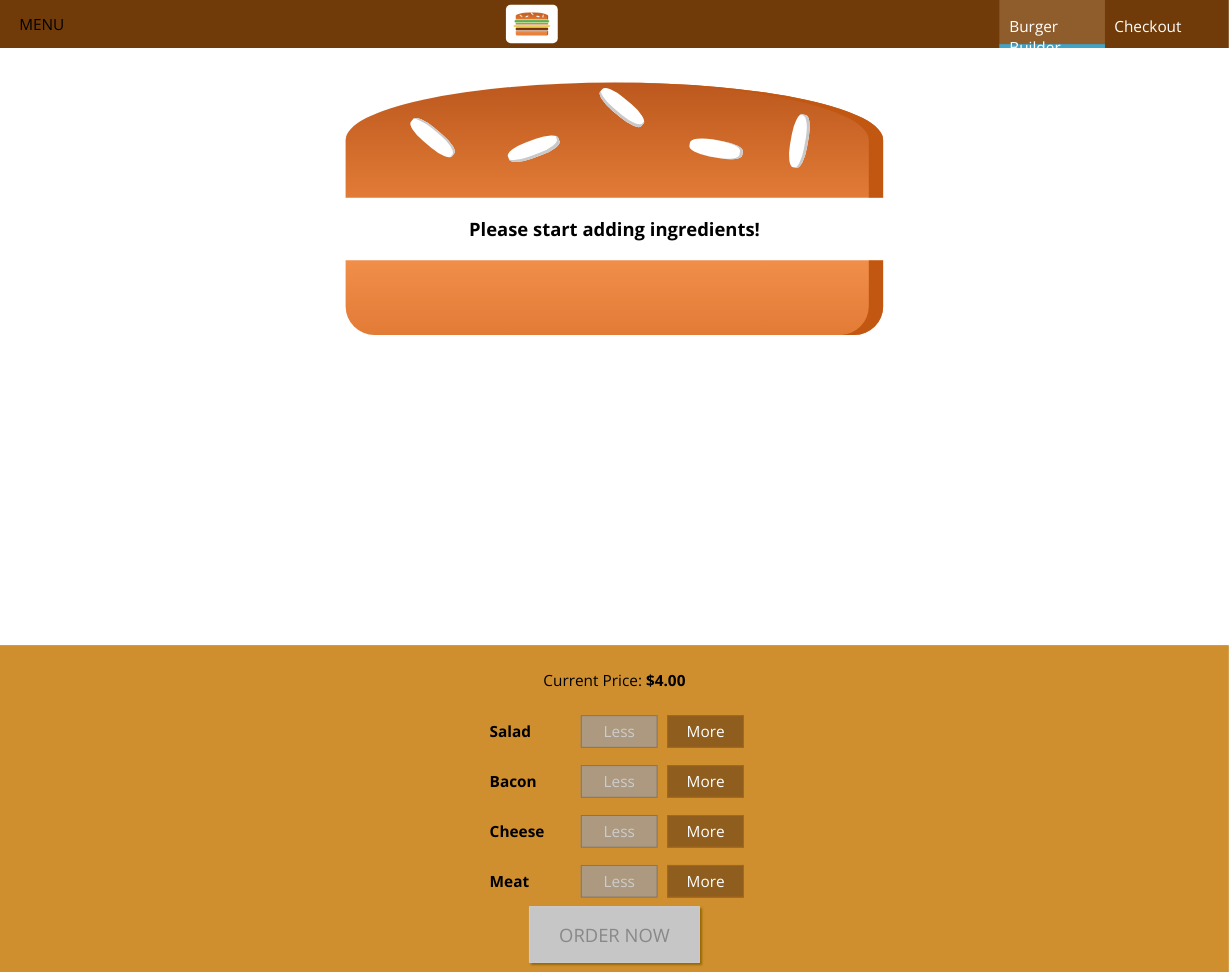
Repository: AbdulMutaal/Burger-Builder
Page: /
The author's editor kept a copy of each file at every save. The page is drawn from the files as they stood at one save, then again after the next save.
The browser window is 1280 px wide. The pictures show the whole page, at 96% of full size.
The project was rebuilt for these pictures with package versions that can differ from the ones it lists, and the page was loaded fresh each time. Also part of the build but not shown: src/components/UI/Backdrop/Backdrop.module.css, src/components/UI/Backdrop/Backdrop.js.

Above is the page before, as saved 2021-12-08 16:12:35.

### src/index.css
body {
  margin: 0;
  font-family: "Open Sans", sans-serif;
}

### src/App.js
import Layout from './components/Layout/Layout';
import BurgerBuilder from './containers/BurgerBuilder/BurgerBuilder';

function App() {
  return (
    <div>
      <Layout>
        <BurgerBuilder />
      </Layout>
    </div>
  );
}

export default App;

### src/components/Layout/Layout.js
import React from 'react';

import Auxiliary from '../../hoc/Auxiliary';
import classes from './Layout.module.css';
import Toolbar from '../Navigation/Toolbar/Toolbar';
import SideDrawer from '../Navigation/SideDrawer/SideDrawer';

const layout = ( props ) => (
    <Auxiliary>
        <Toolbar />
        <SideDrawer />
        <main className={classes.Content}>
            {props.children}
        </main>
    </Auxiliary>
);

export default layout;

### src/containers/BurgerBuilder/BurgerBuilder.js
import React, { Component } from 'react';

import Auxiliary from '../../hoc/Auxiliary';
import Burger from '../../components/Burger/Burger';
import BuildControls from '../../components/Burger/BuildControls/BuildControls';
import Modal from '../../components/UI/Modal/Modal';
import OrderSummary from '../../components/Burger/OrderSummary/OrderSummary';

const INGREDIENT_PRICES = {
    salad: 0.5,
    cheese: 0.4,
    meat: 1.3,
    bacon: 0.7
};

class BurgerBuilder extends Component {
    state = {
        ingredients: {
            salad: 0,
            bacon: 0,
            cheese: 0,
            meat: 0
        },
        totalPrice: 4,
        purchasable: false,
        purchasing: false
    }

    updatePurchaseState (ingredients) {
        const sum = Object.keys(ingredients)
            .map(igKey => {
                return ingredients[igKey];
            })
            .reduce((sum, el) => {
                return sum + el;
            }, 0);
        this.setState({purchasable: sum > 0});
    }

    addIngredientHandler = (type) => {
        const oldCount = this.state.ingredients[type];
        const updatedCount = oldCount + 1;
        const updateIngredients = {
            ...this.state.ingredients
        };
        updateIngredients[type] = updatedCount;

        const priceAddition = INGREDIENT_PRICES[type];
        const oldPrice = this.state.totalPrice;
        const newPrice = oldPrice + priceAddition;
        this.setState({totalPrice: newPrice, ingredients: updateIngredients});
        this.updatePurchaseState(updateIngredients);
    }

    removeIngredientHandler = (type) => {
        const oldCount = this.state.ingredients[type];

        if (oldCount <= 0) {
            return;
        }

        const updatedCount = oldCount - 1;
        const updateIngredients = {
            ...this.state.ingredients
        };
        updateIngredients[type] = updatedCount;

        const priceDeduction = INGREDIENT_PRICES[type];
        const oldPrice = this.state.totalPrice;
        const newPrice = oldPrice - priceDeduction;
        this.setState({totalPrice: newPrice, ingredients: updateIngredients});
        this.updatePurchaseState(updateIngredients);
    }

    purchaseHandler = () => {
        this.setState({purchasing: true});
    }

    purchaseCancelHandler = () => {
        this.setState({purchasing: false});
    }

    purchaseContinueHandler = () => {
        alert('You continue');
    }

    render () {
        const disabledInfo = {
            ...this.state.ingredients
        };

        for (let key in disabledInfo) {
            disabledInfo[key] = disabledInfo[key] <= 0
        }

        return (
            <Auxiliary>
                <Modal show={this.state.purchasing} modalClosed={this.purchaseCancelHandler}>
                    <OrderSummary
                        ingredients={this.state.ingredients}
                        price={this.state.totalPrice}
                        purchaseCancelled={this.purchaseCancelHandler}
                        purchaseContinue={this.purchaseContinueHandler} />
                </Modal>
                <Burger ingredients={this.state.ingredients} />
                <BuildControls
                    ingredientAdded={this.addIngredientHandler}
                    ingredientRemoved={this.removeIngredientHandler}
                    disabled={disabledInfo}
                    ordered={this.purchaseHandler}
                    purchasable={this.state.purchasable}
                    price={this.state.totalPrice} />
            </Auxiliary>
        );
    }
}

export default BurgerBuilder;

### src/components/Navigation/Toolbar/Toolbar.js
import React from 'react';

import classes from './Toolbar.module.css';
import Logo from '../../Logo/Logo';
import NavigationItems from '../NavigationItems/NavigationItems';

const toolbar = (props) => (
    <header className={classes.Toolbar}>
        <div>MENU</div>
        <div className={classes.Logo}>
            <Logo />
        </div>
        <nav>
            <NavigationItems />
        </nav>
    </header>
);

export default toolbar;

### src/components/Navigation/SideDrawer/SideDrawer.js
import React from 'react';

import Logo from '../../Logo/Logo';
import NavigationItems from '../NavigationItems/NavigationItems';
import classes from './SideDrawer.module.css';

const sideDrawer = (props) => {
    return (
        <div className={classes.SideDrawer}>
            <div className={classes.Logo}>
                <Logo />
            </div>
            <nav>
                <NavigationItems />
            </nav>
        </div>
    );
}

export default sideDrawer;

### src/components/Burger/Burger.js
import React from 'react';

import classes from './Burger.module.css';
import BurgerIngredient from './BurgerIngredient/BurgerIngredient';

const burger = (props) => {
    let transformedIngredients = Object.keys(props.ingredients)
        .map(igKey => {
            return [...Array(props.ingredients[igKey])].map((_, i) => {
                return <BurgerIngredient key={igKey + i} type={igKey} />;
            });
        })
        .reduce((arr, el) => {
            return arr.concat(el)
        }, []);
    console.log(transformedIngredients);

    if (transformedIngredients.length === 0) {
        transformedIngredients = <p>Please start adding ingredients!</p>;
    }

    return (
        <div className={classes.Burger}>
            <BurgerIngredient type="bread-top" />
                { transformedIngredients }
            <BurgerIngredient type="bread-bottom" />
        </div>
    );
};

export default burger;

### src/components/Burger/BuildControls/BuildControls.js
import React from 'react';

import classes from './BuildControls.module.css';
import BuildControl from './BuildControl/BuildControl';

const controls = [
    { label: 'Salad', type: 'salad'},
    { label: 'Bacon', type: 'bacon'},
    { label: 'Cheese', type: 'cheese'},
    { label: 'Meat', type: 'meat'}
];

const buildControls = (props) => (
    <div className={classes.BuildControls}>
        <p>Current Price: <strong>${props.price.toFixed(2)}</strong></p>
        {controls.map(ctrl => (
            <BuildControl
                key={ctrl.label}
                label={ctrl.label}
                added={() => props.ingredientAdded(ctrl.type)}
                removed={() => props.ingredientRemoved(ctrl.type)}
                disabled={props.disabled[ctrl.type]} />
        ))}
        <button
            className={classes.OrderButton}
                disabled={!props.purchasable}
                onClick={props.ordered}>ORDER NOW</button>
    </div>
);

export default buildControls;

### src/components/UI/Modal/Modal.js
import React from 'react';

import classes from './Modal.module.css';
import Auxiliary from '../../../hoc/Auxiliary';
import Backdrop from '../Backdrop/Backdrop';

const modal = (props) => (
    <Auxiliary>
        <Backdrop show={props.show} clicked={props.modalClosed} />
        <div
            className={classes.Modal}
            style={{
                transform: props.show ? 'translateY(0)' : 'translateY(-100vh)',
                opacity: props.show ? '1' : '0'
            }}>
            {props.children}
        </div>
    </Auxiliary>
);

export default modal;

### src/components/Burger/OrderSummary/OrderSummary.js
import React from 'react';

import Auxiliary from '../../../hoc/Auxiliary';
import Button from '../../UI/Button/Button';

const orderSummary = (props) => {
    const ingredientSummary = Object.keys(props.ingredients).map((igKey) => {
        return (
            <li key={igKey}>
                <span style={{textTransform: 'capitalize'}}>{igKey}</span>: {props.ingredients[igKey]}
            </li>);

        });
    return (
        <Auxiliary>
            <h3>Your Order</h3>
            <p>A delicious burger with the following ingredients:</p>
            <ul>
                {ingredientSummary}
            </ul>
            <p><strong>Total Price: ${props.price.toFixed(2)}</strong></p>
            <p>Continue to checkout</p>
            <Button btnType="Danger" clicked={props.purchaseCancelled}>CANCEL</Button>
            <Button btnType="Success" clicked={props.purchaseContinue}>CONTINUE</Button>
        </Auxiliary>
    );
};

export default orderSummary;

### src/components/Navigation/Toolbar/Toolbar.module.css
.Toolbar {
    height: 50px;
    width: 100%;
    position: fixed;
    top: 0;
    left: 0;
    background-color: #703b09;
    display: flex;
    justify-content: space-between;
    align-items: center;
    padding: 0 20px;
    box-sizing: border-box;
    z-index: 90;
}

.Toolbar nav {
    height: 100%;
}

.Logo {
    height: 80%;
}

### src/components/Logo/Logo.js
import React from 'react';

import burgerLogo from '../../assets/images/burger-logo.png';
import classes from './Logo.module.css';

const logo = (props) => (
    <div className={classes.Logo} style={{height: props.height}}>
        <img src={burgerLogo} alt="MyBurger" />
    </div>
);

export default logo;

### src/components/Navigation/NavigationItems/NavigationItems.js
import React from 'react';

import classes from './NavigationItems.module.css';
import NavigationItem from './NavigationItem/NavigationItem';

const navigationItems = () => (
    <ul className={classes.NavigationItems}>
        <NavigationItem link="/" active>Burger Builder</NavigationItem>
        <NavigationItem link="/">Checkout</NavigationItem>
    </ul>
);

export default navigationItems;

### src/components/Navigation/SideDrawer/SideDrawer.module.css
.SideDrawer {
    position: fixed;
    width: 280px;
    max-width: 70%;
    height: 100%;
    left: 0;
    top: 0;
    z-index: 200;
    background-color: white;
    padding: 32px 16px;
    box-sizing: border-box;
    transition: transform 0.3s ease-out;
}

@media (min-width: 500px) {
    .SideDrawer {
        display: none;
    }
}

.Open {
    transform: translateX(0);
}

.Close {
    transform: translatex(-100%);
}

.Logo {
    height: 11%;
}

### src/components/Burger/BurgerIngredient/BurgerIngredient.js
import React from 'react';
import PropTypes from 'prop-types';

import classes from './BurgerIngredient.module.css';

const burgerIngredient = (props) => {
    let ingredient = null;

    switch (props.type) {
        case ('bread-bottom'):
            ingredient = <div className={classes.BreadBottom}></div>;
            break;
        case ('bread-top'):
            ingredient = (
                <div className={classes.BreadTop}>
                    <div className={classes.Seeds1}></div>
                    <div className={classes.Seeds2}></div>
                </div>
            );
            break;
        case ('meat'):
            ingredient = <div className={classes.Meat}></div>;
            break;
        case ('cheese'):
            ingredient = <div className={classes.Cheese}></div>;
            break;
        case ('bacon'):
            ingredient = <div className={classes.Bacon}></div>;
            break;
        case ('salad'):
            ingredient = <div className={classes.Salad}></div>;
            break;
        default:
            ingredient = null;
    }

    return ingredient;
};

burgerIngredient.propTypes = {
    type: PropTypes.string.isRequired
};

export default burgerIngredient;

### src/components/Burger/BuildControls/BuildControls.module.css
.BuildControls {
    width: 100%;
    background-color: #cf8f2e;
    display: flex;
    flex-flow: column;
    align-items: center;
    box-shadow: 0 2px 1px #ccc;
    margin: auto;
    padding: 10px 0;
}


.OrderButton {
    background-color: #DAD735;
    outline: none;
    cursor: pointer;
    border: 1px solid #966909;
    color: #966909;
    font-family: inherit;
    font-size: 1.2em;
    padding: 15px 30px;
    box-shadow: 2px 2px 2px #966909;
}

.OrderButton:hover, .OrderButton:active {
    background-color: #A0DB41;
    border: 1px solid #966909;
    color: #966909;
}

.OrderButton:disabled {
    background-color: #C7C6C6;
    cursor: not-allowed;
    border: 1px solid #ccc;
    color: #888888;
}

.OrderButton:not(:disabled) {
    animation: enable 0.3s linear;
}

@keyframes enable {
    0% {
        transform: scale(1);
    }
    60% {
        transform: scale(1.1);
    }
    100% {
        transform: scale(1);
    }
}

### src/components/Burger/BuildControls/BuildControl/BuildControl.js
import React from 'react';

import classes from './BuildControl.module.css';

const buildControl = (props) =>  (
    <div className={classes.BuildControl}>
        <div className={classes.Label}>{props.label}</div>
        <button className={classes.Less} onClick={props.removed} disabled={props.disabled}>Less</button>
        <button className={classes.More} onClick={props.added}>More</button>
    </div>
)

export default buildControl;

### src/components/UI/Button/Button.js
import React from 'react';

import classes from './Button.module.css';

const button = (props) => (
    <button
        className={[classes.Button, classes[props.btnType]].join(' ')}
        onClick={props.clicked}>{props.children}</button>
);

export default button;

### src/components/Navigation/NavigationItems/NavigationItem/NavigationItem.js
import React from 'react';

import classes from './NavigationItem.module.css';

const navigationItem = (props) => (
    <li className={classes.NavigationItem}>
        <a
            href={props.link}
            className={props.active ? classes.active : null}>{props.children}</a>
    </li>
);

export default navigationItem;

### src/components/Burger/BurgerIngredient/BurgerIngredient.module.css
.BreadBottom {
    height: 13%;
    width: 80%;
    background: linear-gradient(#F08E4A, #e27b36);
    border-radius: 0 0 30px 30px;
    box-shadow: inset -15px 0 #c15711;
    margin: 2% auto;
}

.BreadTop {
    height: 20%;
    width: 80%;
    background: linear-gradient(#bc581e, #e27b36);
    border-radius: 50% 50% 0 0;
    box-shadow: inset -15px 0 #c15711;
    margin: 2% auto;
    position: relative;
}

.Seeds1 {
    width: 10%;
    height: 15%;
    position: absolute;
    background-color: white;
    left: 30%;
    top: 50%;
    border-radius: 40%;
    transform: rotate(-20deg);
    box-shadow: inset -2px -3px #c9c9c9;
}

.Seeds1:after {
    content: "";
    width: 100%;
    height: 100%;
    position: absolute;
    background-color: white;
    left: -170%;
    top: -260%;
    border-radius: 40%;
    transform: rotate(60deg);
    box-shadow: inset -1px 2px #c9c9c9;
  }

.Seeds1:before {
    content: "";
    width: 100%;
    height: 100%;
    position: absolute;
    background-color: white;
    left: 180%;
    top: -50%;
    border-radius: 40%;
    transform: rotate(60deg);
    box-shadow: inset -1px -3px #c9c9c9;
  }

  .Seeds2 {
    width: 10%;
    height: 15%;
    position: absolute;
    background-color: white;
    left: 64%;
    top: 50%;
    border-radius: 40%;
    transform: rotate(10deg);
    box-shadow: inset -3px 0 #c9c9c9;
  }

  .Seeds2:before {
    content: "";
    width: 100%;
    height: 100%;
    position: absolute;
    background-color: white;
    left: 150%;
    top: -130%;
    border-radius: 40%;
    transform: rotate(90deg);
    box-shadow: inset 1px 3px #c9c9c9;
  }


.Meat {
    width: 80%;
    height: 8%;
    background: linear-gradient(#7f3608, #702e05);
    margin: 2% auto;
    border-radius: 15px;
}

.Cheese {
    width: 90%;
    height: 4.5%;
    margin: 2% auto;
    background: linear-gradient(#f4d004, #d6bb22);
    border-radius: 20px;
}

.Salad {
    width: 85%;
    height: 7%;
    margin: 2% auto;
    background: linear-gradient(#228c1d, #91ce50);
    border-radius: 20px;
}

.Bacon {
    width: 80%;
    height: 3%;
    background: linear-gradient(#bf3813, #c45e38);
    margin: 2% auto;
}

### src/components/Burger/BuildControls/BuildControl/BuildControl.module.css
.BuildControl {
    display: flex;
    justify-content: space-between;
    align-items: center;
    margin: 5px 0;
}

.BuildControl button {
    display: block;
    font: inherit;
    padding: 5px;
    margin: 0 5px;
    width: 80px;
    border: 1px solid #AA6817;
    cursor: pointer;
    outline: none;
}

.BuildControl button:disabled {
    background-color: #AC9980;
    border: 1px solid #7E7365;
    color: #ccc;
    cursor: default;
}

.BuildControl button:hover:disabled {
    background-color: #AC9980;
    color: #ccc;
    cursor: not-allowed;
}

.Label {
    padding: 10px;
    font-weight: bold;
    width: 80px;
}

.BuildControl .Less {
    background-color: #D39952;
    color: white;
}

.BuildControl .More {
    background-color: #8F5E1E;
    color: white;
}

.BuildControl .Less:hover, .BuildControl .Less:active {
    background-color: #DAA972;
    color: white;
}

.BuildControl .More:hover,.BuildControl .More:active {
    background-color: #99703F;
    color: white;
}

### src/components/Navigation/NavigationItems/NavigationItem/NavigationItem.module.css
.NavigationItem {
    margin: 10px 0;
    box-sizing: border-box;
    display: block;
    width: 100%;
}

.NavigationItem a {
    color: #8f5c2c;
    text-decoration: none;
    width: 100%;
    box-sizing: border-box;
    display: block;
}

.NavigationItem a:hover,
.NavigationItem a:active,
.NavigationItem a.active {
    color: #40a4c8;
}

@media (min-width: 500px) {
    .NavigationItem {
        margin: 0;
        display: flex;
        height: 100%;
        align-items: center;
    }

    .NavigationItem a {
        color: white;
        text-decoration: none;
        height: 100%;
        padding: 16px 10px;
        border-bottom: 4px solid transparent;
        box-sizing: border-box;
        display: block;
    }

    .NavigationItem a:hover,
    .NavigationItem a:active,
    .NavigationItem a.active {
        background-color: #8f5c2c;
        border-bottom: 4px solid #40a4c8;
        color: white;
    }
}

Loaded but not shown: public/index.html (common file); src/index.js (common file); src/reportWebVitals.js (common file); src/hoc/Auxiliary.js (common file); src/components/Layout/Layout.module.css (common file); src/components/Burger/Burger.module.css (common file); src/components/UI/Modal/Modal.module.css (common file); src/components/Logo/Logo.module.css (common file); src/components/Navigation/NavigationItems/NavigationItems.module.css (common file); src/components/UI/Button/Button.module.css (common file)

After the next save:
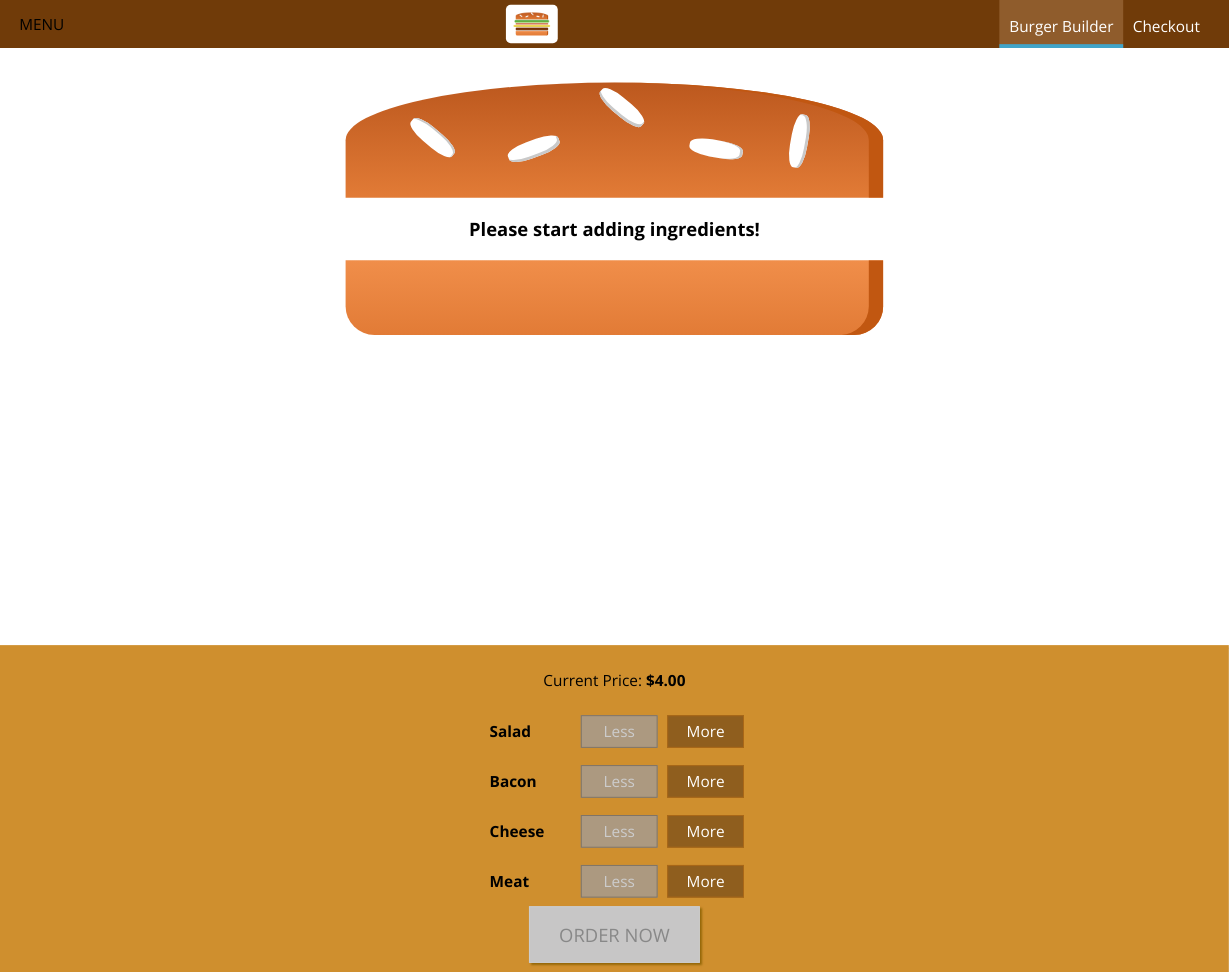
Saved 10 s later.
--- a/src/components/Navigation/NavigationItems/NavigationItem/NavigationItem.module.css
+++ b/src/components/Navigation/NavigationItems/NavigationItem/NavigationItem.module.css
@@ -24,6 +24,7 @@
         margin: 0;
         display: flex;
         height: 100%;
+        width: auto;
         align-items: center;
     }
 
